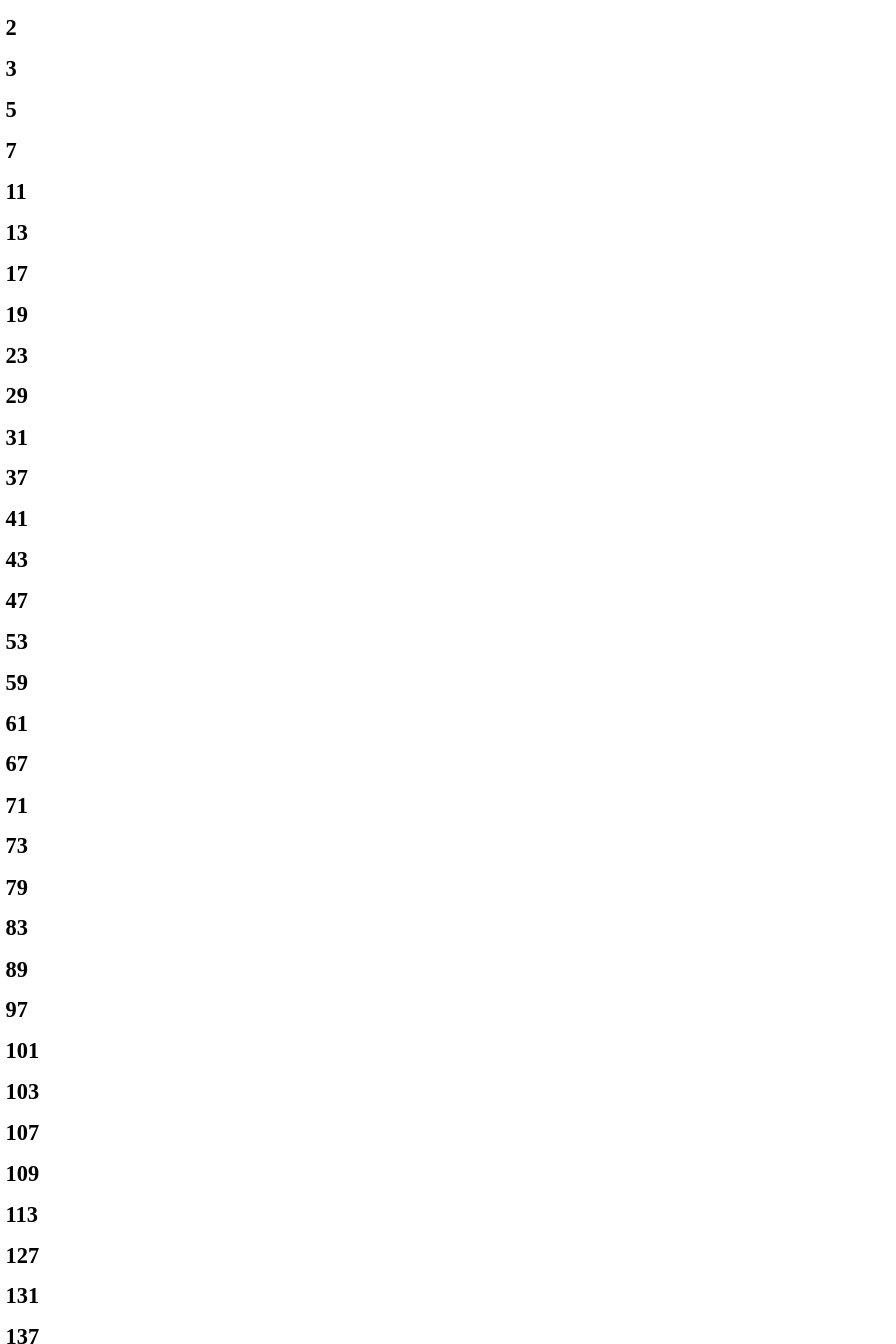
Repository: PeiroJack/eclipse-workspace
Page: http://localhost/MyJsp/prime.jsp
An editor plug-in stored every save of this project. The page is shown before and after the next save, followed by the edit.
The browser window is 1280 px wide. The pictures show the part of the page from y = 0 to 1920 px (the page is 9839 px tall), at 70% of full size.
The page is served by Tomcat 9.

Above is the page before, as saved 2020-03-13 16:24:40.

After the next save:
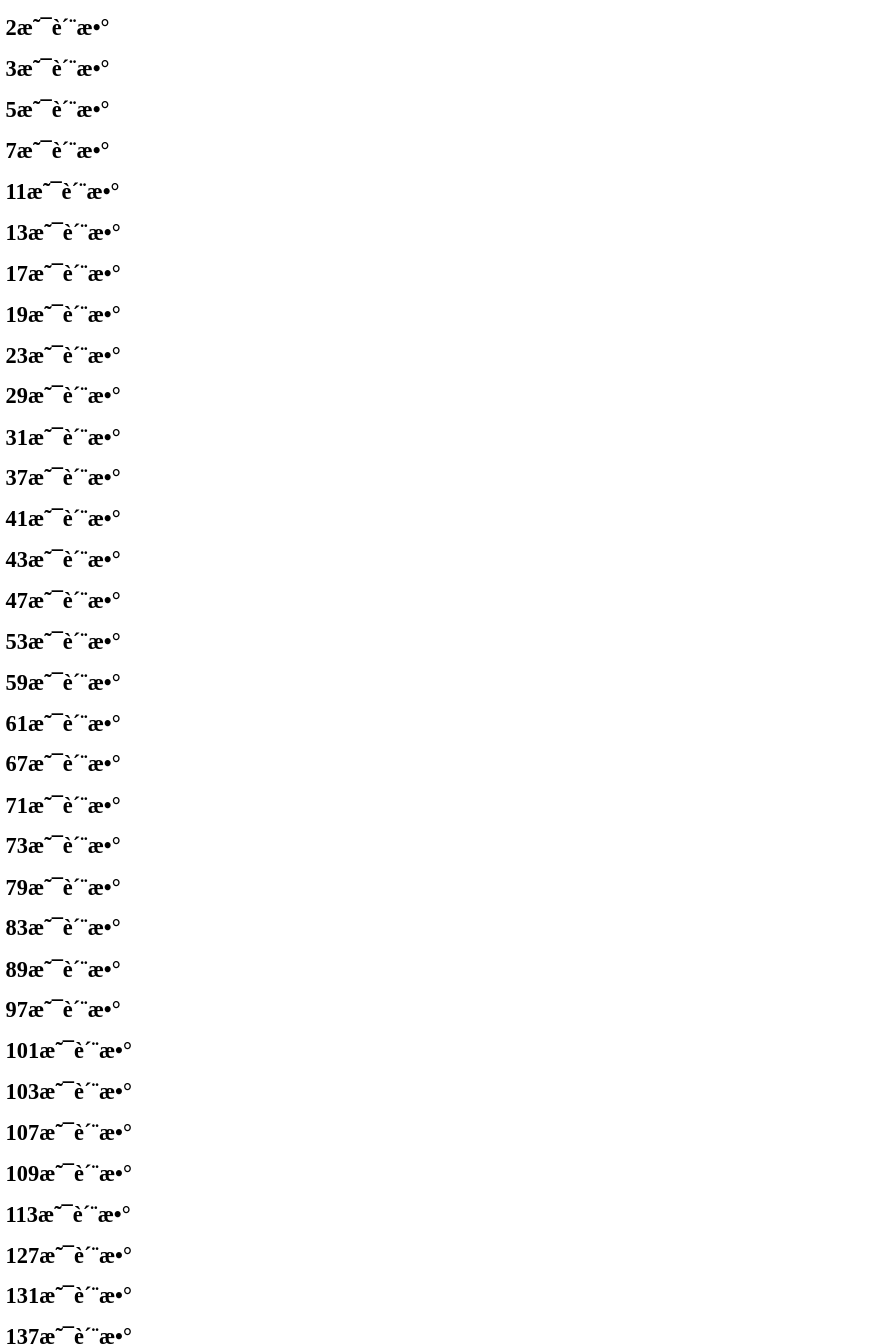
Saved 39 s later.
--- a/MyJsp/WebContent/prime.jsp
+++ b/MyJsp/WebContent/prime.jsp
@@ -32,7 +32,7 @@
 	%>
 	<%
 		for(int p:primes){
-			out.println("<h1>" + p + "</h1>");
+			out.println("<h1>" + p + "是质数</h1>");
 		}
 	%>
 </body>
